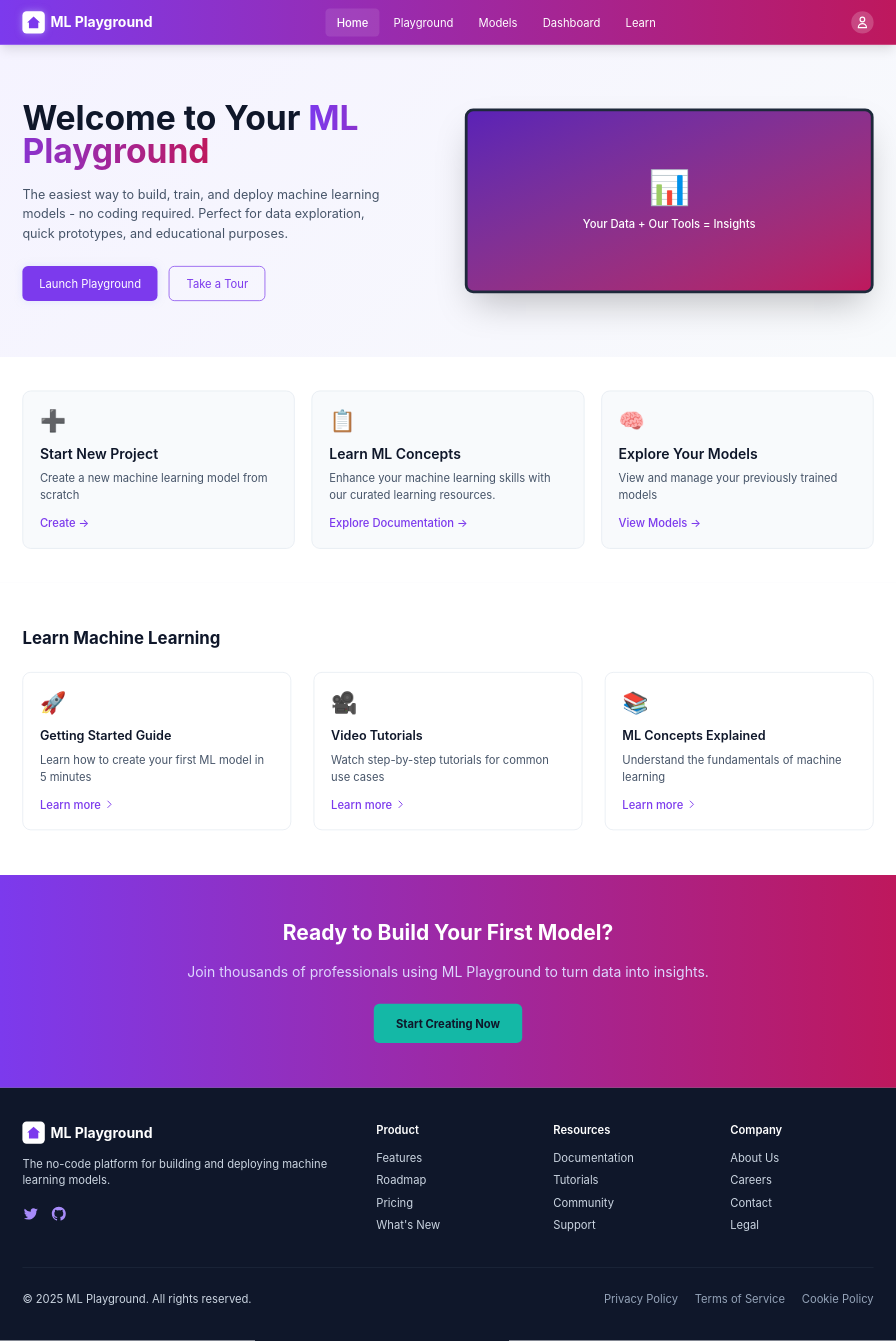
Repository: mdjaved24/ML_Playground
Page: /home (app in frontend/)
The author's editor kept a copy of each file at every save. The page is drawn from the files as they stood at one save, then again after the next save.
The browser window is 1280 px wide. The pictures show the whole page, at 70% of full size.
The project was rebuilt for these pictures with package versions that can differ from the ones it lists, and the page was loaded fresh each time. Also part of the build but not shown: frontend/vite.config.js, frontend/src/pages/Landing Page/LandingPage.jsx, frontend/src/pages/Auth/Login.jsx, frontend/src/modals/ChangePassword.jsx, frontend/src/pages/Dashboard/Dashboard.jsx, frontend/src/pages/Auth/Signup.jsx, frontend/src/pages/Auth/ForgotPassword.jsx, frontend/src/pages/Learn/LearnPage.jsx and 2 more.

Above is the page before, as saved 2025-07-16 11:45:14.

### frontend/src/index.css
@tailwind base;
@tailwind components;
@tailwind utilities;
@import "tailwindcss";

/*
:root {
  font-family: system-ui, Avenir, Helvetica, Arial, sans-serif;
  line-height: 1.5;
  font-weight: 400;

  color-scheme: light dark;
  color: rgba(255, 255, 255, 0.87);
  background-color: #242424;

  font-synthesis: none;
  text-rendering: optimizeLegibility;
  -webkit-font-smoothing: antialiased;
  -moz-osx-font-smoothing: grayscale;
}

a {
  font-weight: 500;
  color: #646cff;
  text-decoration: inherit;
}
a:hover {
  color: #535bf2;
}

body {
  margin: 0;
  display: flex;
  place-items: center;
  min-width: 320px;
  min-height: 100vh;
}

h1 {
  font-size: 3.2em;
  line-height: 1.1;
}

button {
  border-radius: 8px;
  border: 1px solid transparent;
  padding: 0.6em 1.2em;
  font-size: 1em;
  font-weight: 500;
  font-family: inherit;
  background-color: #1a1a1a;
  cursor: pointer;
  transition: border-color 0.25s;
}
button:hover {
  border-color: #646cff;
}
button:focus,
button:focus-visible {
  outline: 4px auto -webkit-focus-ring-color;
}

@media (prefers-color-scheme: light) {
  :root {
    color: #213547;
    background-color: #ffffff;
  }
  a:hover {
    color: #747bff;
  }
  button {
    background-color: #f9f9f9;
  }
} */

### frontend/src/App.jsx
import { useState } from 'react'
import reactLogo from './assets/react.svg'
import viteLogo from '/vite.svg'
import './App.css'
import LandingPage from './pages/Landing Page/LandingPage'
import Login from './pages/Auth/Login'
import Homepage from './pages/Homepage/Homepage.jsx'
import Dashboard from './pages/Dashboard/Dashboard.jsx'
import Signup from './pages/Auth/Signup.jsx'
import ForgotPassword from './pages/Auth/ForgotPassword.jsx'
import LearnPage from './pages/Learn/LearnPage.jsx'
import Playground from './pages/Playground/Playground.jsx'



import { BrowserRouter as Router, Routes, Route, Link } from 'react-router-dom';
import SavedModels from './pages/Saved Models/SavedModels.jsx'
import ProfilePage from './pages/Profile/ProfilePage.jsx'


function App() {
  return (
    <Router>
      <Routes>
        <Route path='/' element={<LandingPage />}></Route>
        <Route path='/login' element={<Login />}></Route>
        <Route path='/signup' element={<Signup />}></Route>
        <Route path='/forgot-password' element={<ForgotPassword />}></Route>
        <Route path='/home' element={<Homepage/>}></Route>
        <Route path='/learn' element={<LearnPage/>}></Route>
        <Route path='/playground' element={<Playground />}></Route>
        <Route path='/models' element={<SavedModels />}></Route>
        <Route path='/profile' element={<ProfilePage />}></Route>
        <Route path='/dashboard' element={<Dashboard/>}></Route>
      </Routes>
    </Router>
  );
}

export default App

### frontend/src/pages/Homepage/Homepage.jsx
// src/pages/Home.jsx
import React from 'react';
import Navbar from '../../components/Navbar';
import Footer from '../../components/Footer';


function Homepage() {
  return (
    <div className="min-h-screen flex flex-col">
      <Navbar />

      {/* Hero Section */}
      <section className="gradient-bg py-20 full-width">
        <div className="mx-auto px-4 sm:px-6 lg:px-8">
          <div className="grid md:grid-cols-2 gap-12 items-center max-w-7xl mx-auto">
            <div>
              <h1 className="text-4xl md:text-5xl font-bold text-[var(--color-gray-900)] mb-6">
                Welcome to Your <span className="gradient-text">ML Playground</span>
              </h1>
              <p className="text-lg text-[var(--color-gray-600)] mb-8 max-w-lg">
                The easiest way to build, train, and deploy machine learning models - no coding required.
                Perfect for data exploration, quick prototypes, and educational purposes.
              </p>
              <div className="flex flex-wrap gap-4">
                <button className="btn-primary px-6 py-3 rounded-lg transition glow-effect">
                  Launch Playground
                </button>
                <button className="border border-[var(--color-primary-600)] text-[var(--color-primary-600)] px-6 py-3 rounded-lg hover:bg-[var(--color-primary-50)] transition">
                  Take a Tour
                </button>
              </div>
            </div>
            <div className="relative">
              <div className="bg-[var(--color-gray-800)] p-1 rounded-xl shadow-2xl">
                <div className="h-64 bg-gradient-to-br from-[var(--color-primary-800)] to-[var(--color-accent-500)] rounded-lg flex items-center justify-center">
                  <div className="text-center p-4 text-white">
                    <div className="text-5xl mb-4">📊</div>
                    <p className="font-medium">Your Data + Our Tools = Insights</p>
                  </div>
                </div>
              </div>
            </div>
          </div>
        </div>
      </section>

      {/* Quick Actions */}
      <section className="py-12 bg-white full-width">
        <div className="mx-auto px-4 sm:px-6 lg:px-8">
          <div className="max-w-7xl mx-auto grid md:grid-cols-3 gap-6">
            {[
              {
                title: "Start New Project",
                desc: "Create a new machine learning model from scratch",
                icon: "➕",
                action: "Create",
                link: "/playground"
              },
              {
                title: "Learn ML Concepts",
                desc: "Enhance your machine learning skills with our curated learning resources.",
                icon: "📋",
                action: "Explore Documentation ",
                link: "/learn"
              },
              {
                title: "Explore Your Models",
                desc: "View and manage your previously trained models",
                icon: "🧠",
                action: "View Models",
                link: "/models"
              }
            ].map((card, index) => (
              <div key={index} className="bg-[var(--color-gray-50)] p-6 rounded-xl border border-[var(--color-gray-200)] hover:shadow-md transition">
                <div className="text-3xl mb-4">{card.icon}</div>
                <h3 className="text-xl font-semibold mb-2 text-[var(--color-gray-900)]">{card.title}</h3>
                <p className="text-[var(--color-gray-600)] mb-4">{card.desc}</p>
                <a href={card.link} className="inline-block text-[var(--color-primary-600)] font-medium hover:text-[var(--color-primary-700)] transition">
                  {card.action} →
                </a>
              </div>
            ))}
          </div>
        </div>
      </section>

      {/* Recent Activity */}
      {/* <section className="py-16 bg-[var(--color-gray-50)] full-width">
        <div className="mx-auto px-4 sm:px-6 lg:px-8">
          <div className="max-w-7xl mx-auto">
            <h2 className="text-2xl font-bold text-[var(--color-gray-900)] mb-8">Your Recent Activity</h2>
            <div className="bg-white rounded-xl shadow-sm overflow-hidden border border-[var(--color-gray-200)]">
              <table className="min-w-full divide-y divide-[var(--color-gray-200)]">
                <thead className="bg-[var(--color-gray-50)]">
                  <tr>
                    <th scope="col" className="px-6 py-3 text-left text-xs font-medium text-[var(--color-gray-500)] uppercase tracking-wider">
                      Project
                    </th>
                    <th scope="col" className="px-6 py-3 text-left text-xs font-medium text-[var(--color-gray-500)] uppercase tracking-wider">
                      Last Modified
                    </th>
                    <th scope="col" className="px-6 py-3 text-left text-xs font-medium text-[var(--color-gray-500)] uppercase tracking-wider">
                      Status
                    </th>
                    <th scope="col" className="relative px-6 py-3">
                      <span className="sr-only">Actions</span>
                    </th>
                  </tr>
                </thead>
                <tbody className="bg-white divide-y divide-[var(--color-gray-200)]">
                  {[
                    {
                      name: "Customer Churn Prediction",
                      date: "2 hours ago",
                      status: "Ready",
                      statusColor: "text-[var(--color-accent-500)]"
                    },
                    {
                      name: "Sales Forecast",
                      date: "Yesterday",
                      status: "Training",
                      statusColor: "text-[var(--color-secondary-500)]"
                    },
                    {
                      name: "Image Classification",
                      date: "3 days ago",
                      status: "Needs Configuration",
                      statusColor: "text-[var(--color-primary-500)]"
                    }
                  ].map((project, index) => (
                    <tr key={index} className="hover:bg-[var(--color-gray-50)] transition">
                      <td className="px-6 py-4 whitespace-nowrap">
                        <div className="flex items-center">
                          <div className="flex-shrink-0 h-10 w-10 bg-[var(--color-primary-100)] rounded-full flex items-center justify-center text-[var(--color-primary-600)]">
                            📈
                          </div>
                          <div className="ml-4">
                            <div className="text-sm font-medium text-[var(--color-gray-900)]">{project.name}</div>
                          </div>
                        </div>
                      </td>
                      <td className="px-6 py-4 whitespace-nowrap">
                        <div className="text-sm text-[var(--color-gray-500)]">{project.date}</div>
                      </td>
                      <td className="px-6 py-4 whitespace-nowrap">
                        <span className={`px-2 inline-flex text-xs leading-5 font-semibold rounded-full ${project.statusColor}`}>
                          {project.status}
                        </span>
                      </td>
                      <td className="px-6 py-4 whitespace-nowrap text-right text-sm font-medium">
                        <a href="#" className="text-[var(--color-primary-600)] hover:text-[var(--color-primary-800)] mr-4">
                          Open
                        </a>
                        <a href="#" className="text-[var(--color-gray-600)] hover:text-[var(--color-gray-800)]">
                          More
                        </a>
                      </td>
                    </tr>
                  ))}
                </tbody>
              </table>
            </div>
          </div>
        </div>
      </section> */}

      {/* Learning Resources */}
      <section className="py-16 bg-white full-width">
        <div className="mx-auto px-4 sm:px-6 lg:px-8">
          <div className="max-w-7xl mx-auto">
            <h2 className="text-2xl font-bold text-[var(--color-gray-900)] mb-8">Learn Machine Learning</h2>
            <div className="grid md:grid-cols-3 gap-8">
              {[
                {
                  title: "Getting Started Guide",
                  desc: "Learn how to create your first ML model in 5 minutes",
                  icon: "🚀",
                  link: "/learn/getting-started"
                },
                {
                  title: "Video Tutorials",
                  desc: "Watch step-by-step tutorials for common use cases",
                  icon: "🎥",
                  link: "/learn/tutorials"
                },
                {
                  title: "ML Concepts Explained",
                  desc: "Understand the fundamentals of machine learning",
                  icon: "📚",
                  link: "/learn/concepts"
                }
              ].map((resource, index) => (
                <div key={index} className="group border border-[var(--color-gray-200)] rounded-xl overflow-hidden hover:shadow-md transition">
                  <div className="p-6">
                    <div className="text-3xl mb-4">{resource.icon}</div>
                    <h3 className="text-lg font-semibold text-[var(--color-gray-900)] mb-2">{resource.title}</h3>
                    <p className="text-[var(--color-gray-600)] mb-4">{resource.desc}</p>
                    <a href={resource.link} className="inline-flex items-center text-[var(--color-primary-600)] font-medium group-hover:text-[var(--color-primary-700)] transition">
                      Learn more
                      <svg className="ml-1 h-4 w-4" fill="none" viewBox="0 0 24 24" stroke="currentColor">
                        <path strokeLinecap="round" strokeLinejoin="round" strokeWidth={2} d="M9 5l7 7-7 7" />
                      </svg>
                    </a>
                  </div>
                </div>
              ))}
            </div>
          </div>
        </div>
      </section>

      {/* Final CTA */}
      <section className="gradient-header text-white py-16 full-width">
        <div className="mx-auto px-4 sm:px-6 lg:px-8 text-center">
          <div className="max-w-3xl mx-auto">
            <h2 className="text-3xl font-bold mb-6">Ready to Build Your First Model?</h2>
            <p className="text-xl text-[var(--color-primary-200)] mb-8">
              Join thousands of professionals using ML Playground to turn data into insights.
            </p>
            <button className="btn-secondary px-8 py-4 rounded-lg font-bold hover:shadow-lg transition">
              Start Creating Now
            </button>
          </div>
        </div>
      </section>

      <Footer />
    </div>
  );
}

export default Homepage;

### frontend/src/styles/colors.css
/* src/styles/colors.css */
:root {
  /* Vibrant purple primary palette */
  --color-primary-50: #f5f3ff;
  --color-primary-100: #ede9fe;
  --color-primary-200: #ddd6fe;
  --color-primary-300: #c4b5fd;
  --color-primary-400: #a78bfa; /* Main primary */
  --color-primary-500: #8b5cf6;
  --color-primary-600: #7c3aed;
  --color-primary-700: #6d28d9;
  --color-primary-800: #5b21b6;
  --color-primary-900: #4c1d95;

  /* Futuristic teal secondary */
  --color-secondary-50: #f0fdfa;
  --color-secondary-100: #ccfbf1;
  --color-secondary-200: #99f6e4;
  --color-secondary-300: #5eead4;
  --color-secondary-400: #2dd4bf; /* Main secondary */
  --color-secondary-500: #14b8a6;
  --color-secondary-600: #0d9488;
  --color-secondary-700: #0f766e;
  --color-secondary-800: #115e59;
  --color-secondary-900: #134e4a;

  /* Dark accent - deep magenta */
  --color-accent-400: #db2777;
  --color-accent-500: #be185d;
  --color-accent-600: #9d174d;

  /* Neutrals with cool undertones */
  --color-gray-50: #f8fafc;
  --color-gray-100: #f1f5f9;
  --color-gray-200: #e2e8f0;
  --color-gray-300: #cbd5e1;
  --color-gray-400: #94a3b8;
  --color-gray-500: #64748b;
  --color-gray-600: #475569;
  --color-gray-700: #334155;
  --color-gray-800: #1e293b;
  --color-gray-900: #0f172a;

  /* Special glow effect for tech vibe */
  --color-glow: rgba(199, 210, 254, 0.5);
}

/* Global styles using the color variables */
body {
  font-family: 'Inter', sans-serif;
  color: var(--color-gray-800);
  background-color: var(--color-gray-50);
  margin: 0;
  padding: 0;
}

.gradient-bg {
  background: linear-gradient(135deg, var(--color-primary-50) 0%, var(--color-gray-50) 100%);
}

.gradient-header {
  background: linear-gradient(90deg, var(--color-primary-600) 0%, var(--color-accent-500) 100%);
}

.gradient-text {
  background: linear-gradient(90deg, var(--color-primary-600), var(--color-accent-500));
  -webkit-background-clip: text;
  background-clip: text;
  color: transparent;
}

.btn-primary {
  background-color: var(--color-primary-600);
  color: white;
  transition: all 0.3s ease;
}

.btn-primary:hover {
  background-color: var(--color-primary-700);
  box-shadow: 0 0 0 3px var(--color-glow);
}

.btn-secondary {
  background-color: var(--color-secondary-500);
  color: var(--color-gray-900);
  transition: all 0.3s ease;
}

.btn-secondary:hover {
  background-color: var(--color-secondary-600);
}

.btn-accent {
  background-color: var(--color-accent-500);
  color: white;
  transition: all 0.3s ease;
}

.btn-accent:hover {
  background-color: var(--color-accent-600);
}

.glow-effect {
  box-shadow: 0 0 10px var(--color-glow);
}

.full-width {
  width: 100vw;
  position: relative;
  left: 50%;
  right: 50%;
  margin-left: -50vw;
  margin-right: -50vw;
}

/* Ensure content stays centered while backgrounds extend full width */
.full-width > div {
  max-width: 100%;
  margin: 0 auto;
}

### frontend/src/components/Footer.jsx
// components/Footer.jsx
import React from 'react';

function Footer() {
  return (
    <footer className="bg-[var(--color-gray-900)] text-[var(--color-gray-300)] full-width mt-auto">
      <div className="mx-auto px-4 sm:px-6 lg:px-8 py-12">
        <div className="max-w-7xl mx-auto grid grid-cols-2 md:grid-cols-5 gap-12">

          {/* Brand Column */}
          <div className="md:col-span-2">
            <div className="flex items-center mb-4">
              <div className="h-8 w-8 rounded-md bg-white flex items-center justify-center mr-2">
                <svg className="h-5 w-5 text-[var(--color-primary-600)]" viewBox="0 0 24 24">
                  <path fill="currentColor" d="M12,2L1,12H4V22H20V12H23M11,15V18H13V15M15,15V18H17V15M7,15V18H9V15Z" />
                </svg>
              </div>
              <span className="text-xl font-bold text-white">ML Playground</span>
            </div>
            <p className="mb-6">
              The no-code platform for building and deploying machine learning models.
            </p>
            <div className="flex space-x-4">
              <a href="#" className="text-[var(--color-primary-400)] hover:text-[var(--color-primary-300)] transition">
                <span className="sr-only">Twitter</span>
                <svg className="h-6 w-6" fill="currentColor" viewBox="0 0 24 24">
                  <path d="M8.29 20.251c7.547 0 11.675-6.253 11.675-11.675 0-.178 0-.355-.012-.53A8.348 8.348 0 0022 5.92a8.19 8.19 0 01-2.357.646 4.118 4.118 0 001.804-2.27 8.224 8.224 0 01-2.605.996 4.107 4.107 0 00-6.993 3.743 11.65 11.65 0 01-8.457-4.287 4.106 4.106 0 001.27 5.477A4.072 4.072 0 012.8 9.713v.052a4.105 4.105 0 003.292 4.022 4.095 4.095 0 01-1.853.07 4.108 4.108 0 003.834 2.85A8.233 8.233 0 012 18.407a11.616 11.616 0 006.29 1.84" />
                </svg>
              </a>
              <a href="#" className="text-[var(--color-primary-400)] hover:text-[var(--color-primary-300)] transition">
                <span className="sr-only">GitHub</span>
                <svg className="h-6 w-6" fill="currentColor" viewBox="0 0 24 24">
                  <path fillRule="evenodd" d="M12 2C6.477 2 2 6.484 2 12.017c0 4.425 2.865 8.18 6.839 9.504.5.092.682-.217.682-.483 0-.237-.008-.868-.013-1.703-2.782.605-3.369-1.343-3.369-1.343-.454-1.158-1.11-1.466-1.11-1.466-.908-.62.069-.608.069-.608 1.003.07 1.531 1.032 1.531 1.032.892 1.53 2.341 1.088 2.91.832.092-.647.35-1.088.636-1.338-2.22-.253-4.555-1.113-4.555-4.951 0-1.093.39-1.988 1.029-2.688-.103-.253-.446-1.272.098-2.65 0 0 .84-.27 2.75 1.026A9.564 9.564 0 0112 6.844c.85.004 1.705.115 2.504.337 1.909-1.296 2.747-1.027 2.747-1.027.546 1.379.202 2.398.1 2.651.64.7 1.028 1.595 1.028 2.688 0 3.848-2.339 4.695-4.566 4.943.359.309.678.92.678 1.855 0 1.338-.012 2.419-.012 2.747 0 .268.18.58.688.482A10.019 10.019 0 0022 12.017C22 6.484 17.522 2 12 2z" clipRule="evenodd" />
                </svg>
              </a>
            </div>
          </div>

          {/* Product Links */}
          <div>
            <h4 className="font-semibold text-white mb-4">Product</h4>
            <ul className="space-y-2">
              <li><a href="#" className="hover:text-white transition">Features</a></li>
              <li><a href="#" className="hover:text-white transition">Roadmap</a></li>
              <li><a href="#" className="hover:text-white transition">Pricing</a></li>
              <li><a href="#" className="hover:text-white transition">What's New</a></li>
            </ul>
          </div>

          {/* Resources Links */}
          <div>
            <h4 className="font-semibold text-white mb-4">Resources</h4>
            <ul className="space-y-2">
              <li><a href="#" className="hover:text-white transition">Documentation</a></li>
              <li><a href="#" className="hover:text-white transition">Tutorials</a></li>
              <li><a href="#" className="hover:text-white transition">Community</a></li>
              <li><a href="#" className="hover:text-white transition">Support</a></li>
            </ul>
          </div>

          {/* Company Links */}
          <div>
            <h4 className="font-semibold text-white mb-4">Company</h4>
            <ul className="space-y-2">
              <li><a href="#" className="hover:text-white transition">About Us</a></li>
              <li><a href="#" className="hover:text-white transition">Careers</a></li>
              <li><a href="#" className="hover:text-white transition">Contact</a></li>
              <li><a href="#" className="hover:text-white transition">Legal</a></li>
            </ul>
          </div>
        </div>

        {/* Bottom Copyright */}
        <div className="border-t border-[var(--color-gray-800)] mt-12 pt-8 flex flex-col md:flex-row justify-between items-center">
          <p>© {new Date().getFullYear()} ML Playground. All rights reserved.</p>
          <div className="flex space-x-6 mt-4 md:mt-0">
            <a href="#" className="text-[var(--color-gray-400)] hover:text-white transition">Privacy Policy</a>
            <a href="#" className="text-[var(--color-gray-400)] hover:text-white transition">Terms of Service</a>
            <a href="#" className="text-[var(--color-gray-400)] hover:text-white transition">Cookie Policy</a>
          </div>
        </div>
      </div>
    </footer>
  );
}

export default Footer;

Loaded but not shown: frontend/index.html (common file); frontend/src/main.jsx (common file); frontend/src/App.css (common file); frontend/src/pages/Playground/Playground.jsx (1664 lines, source omitted); frontend/src/components/Navbar.jsx (227 lines, source omitted)

After the next save:
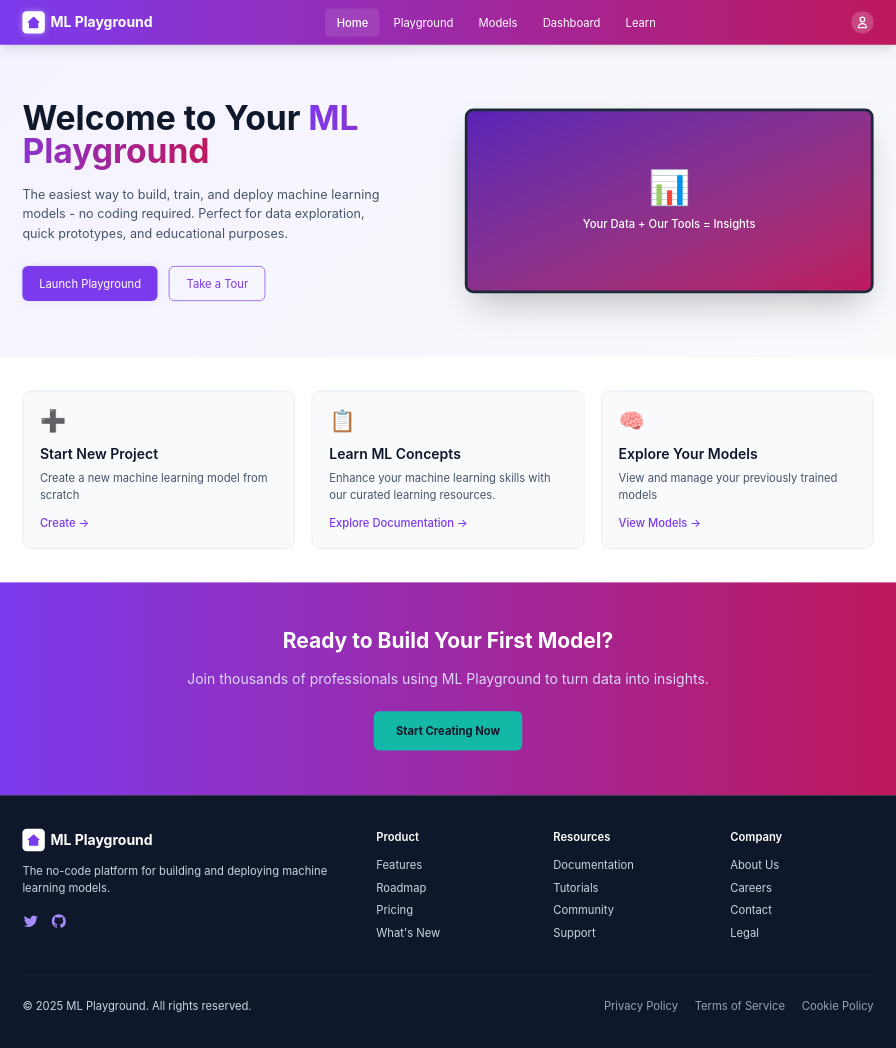
Saved 63 s later.
--- a/frontend/src/pages/Homepage/Homepage.jsx
+++ b/frontend/src/pages/Homepage/Homepage.jsx
@@ -165,7 +165,7 @@ function Homepage() {
       </section> */}
 
       {/* Learning Resources */}
-      <section className="py-16 bg-white full-width">
+      {/* <section className="py-16 bg-white full-width">
         <div className="mx-auto px-4 sm:px-6 lg:px-8">
           <div className="max-w-7xl mx-auto">
             <h2 className="text-2xl font-bold text-[var(--color-gray-900)] mb-8">Learn Machine Learning</h2>
@@ -207,7 +207,7 @@ function Homepage() {
             </div>
           </div>
         </div>
-      </section>
+      </section> */}
 
       {/* Final CTA */}
       <section className="gradient-header text-white py-16 full-width">
